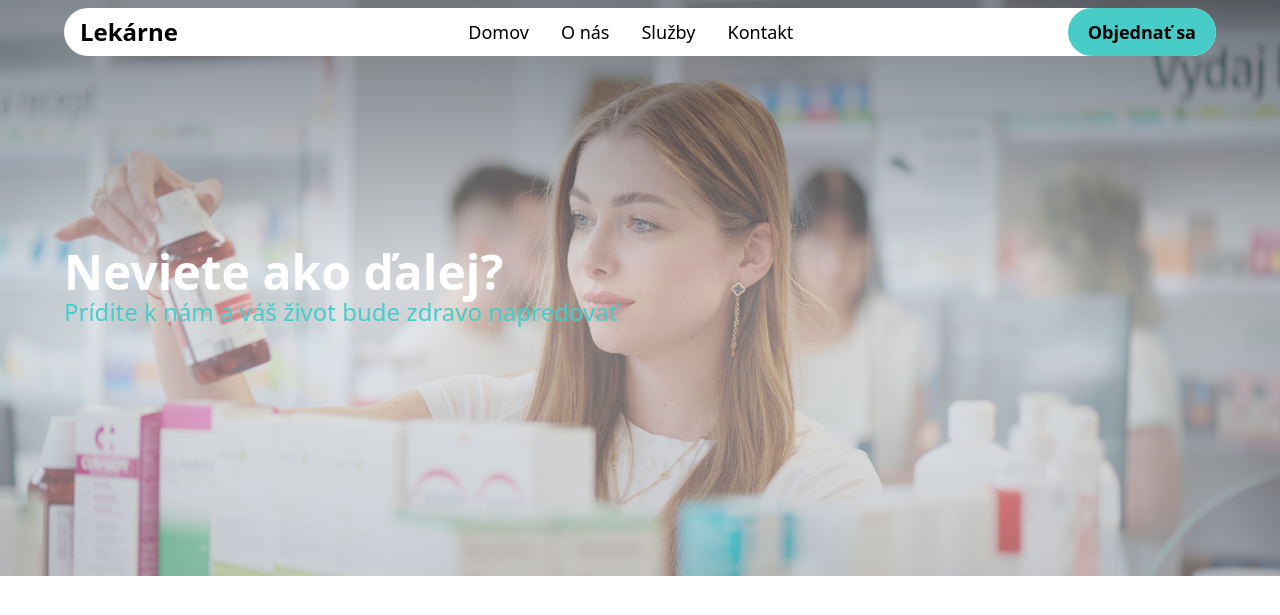
Repository: SimonSkoda13/Lekaren
Page: /
These files come from the project's save history. The page is drawn as it stood at one moment and after the next save; the edit follows.
The browser window is 1280 px wide. The pictures show the whole page.
The project was rebuilt for these pictures with package versions that can differ from the ones it lists, and the page was loaded fresh each time. The framework's server and built-in components were replaced by stand-ins that run in the browser. Also part of the build but not shown: next.config.js.

Above is the page before, as saved 2023-04-22 17:15:28.

After the next save:
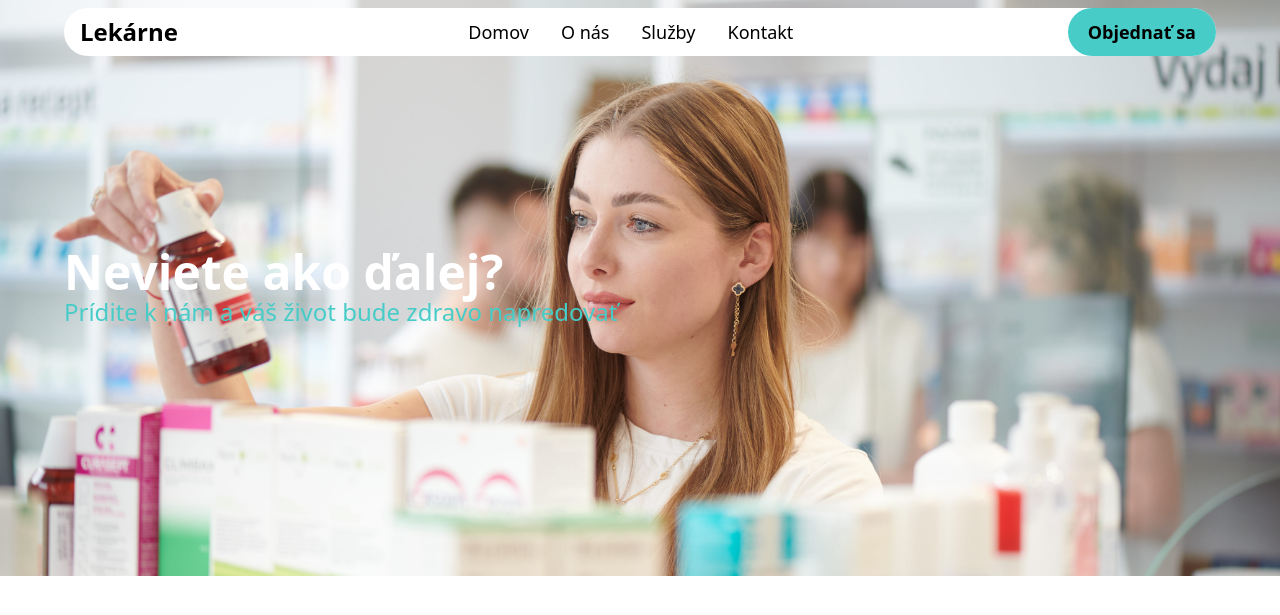
Saved 10 s later.
--- a/src/app/components/HomeHero/ImageGradient/ImageGradient.tsx
+++ b/src/app/components/HomeHero/ImageGradient/ImageGradient.tsx
@@ -8,7 +8,7 @@ export const ImageGradient = (props: ImageGradientProps) => {
   const { children } = props;
   return (
     <div className="relative w-full h-full overflow-hidden z-10">
-      <div className="absolute inset-0 z-10 bg-gradient-to-b from-gray-900 via-gray-300 to-gray-400 opacity-50"></div>
+      <div className="absolute inset-0 z-10 "></div>
       {children}
     </div>
   );
